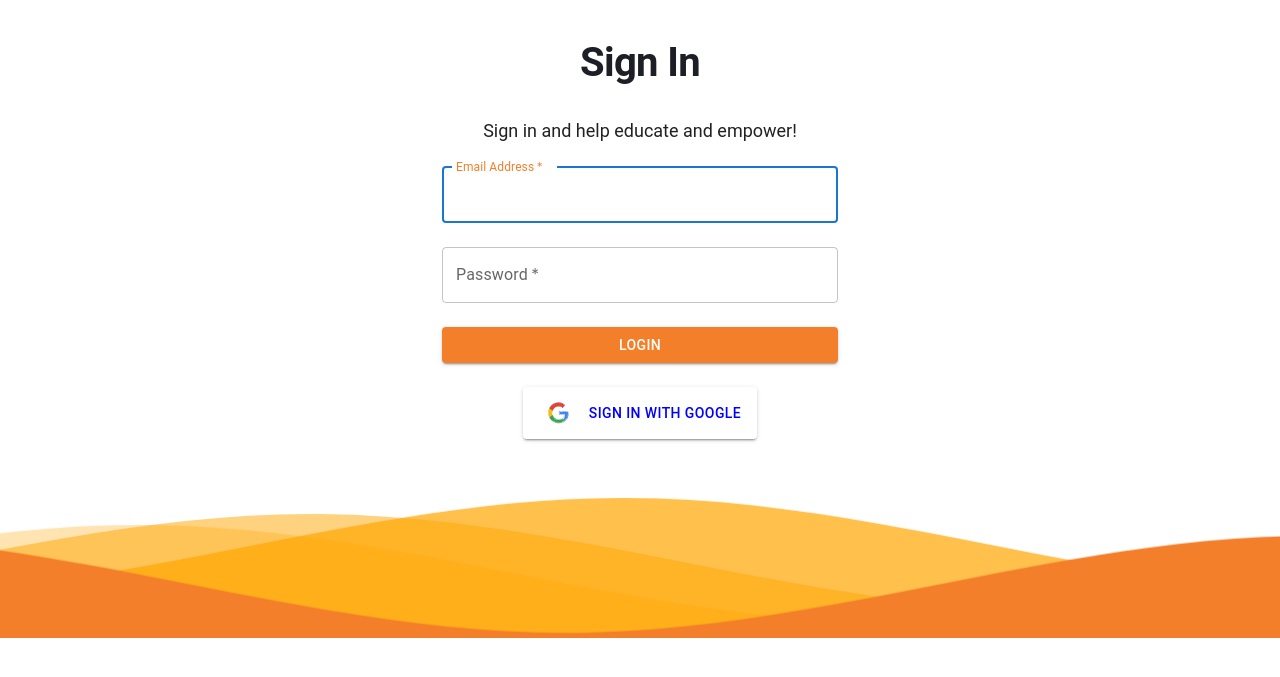
Repository: shubhampirate/Google_Solutions_Edural
Page: /
The author's editor kept a copy of each file at every save. The page is drawn from the files as they stood at one save, then again after the next save.
The browser window is 1280 px wide. The pictures show the whole page.
The project was rebuilt for these pictures with package versions that can differ from the ones it lists, and the page was loaded fresh each time. Some packages were replaced by stand-ins written for this rebuild. Also part of the build but not shown: src/Components/CustomButton.jsx, src/Components/Navbar.jsx, src/Components/Footer.jsx, src/Components/CongratsCard.jsx, src/pages/Hero/Hero.jsx.

Above is the page before, as saved 2024-02-03 00:04:32.

After the next save:
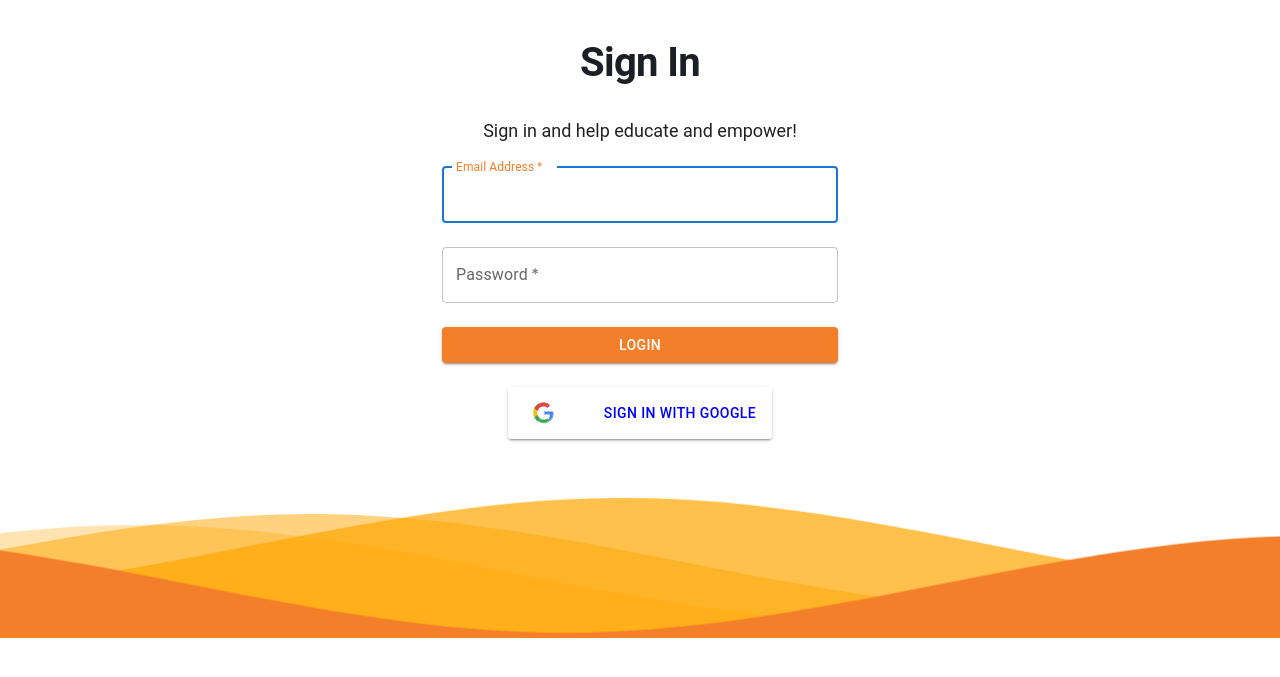
Saved 22 s later.
--- a/src/pages/Sign_in.jsx
+++ b/src/pages/Sign_in.jsx
@@ -199,7 +199,7 @@
       alt="Google Icon"
       style={{ width: '40px', height: '100%', marginRight: '10px' }}
     />
-   {/* <div style={{ height: '80%', borderRight: '10px solid black', margin: '0 10px' }}></div> */}
+   <div style={{ height: '80%', borderRight: '10px solid black', margin: '0 10px' }}></div>
     Sign In with Google
   </Button>
 </Box>

After the save that followed:
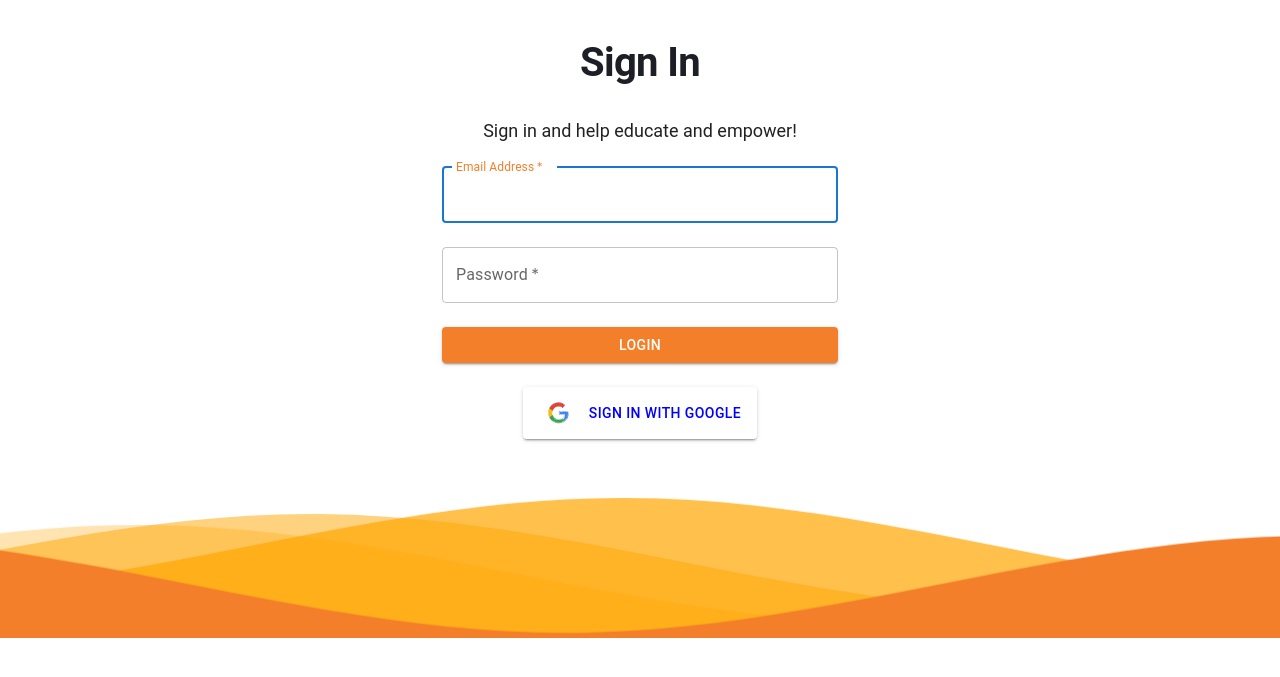
Saved 9 s later.
--- a/src/pages/Sign_in.jsx
+++ b/src/pages/Sign_in.jsx
@@ -199,7 +199,6 @@
       alt="Google Icon"
       style={{ width: '40px', height: '100%', marginRight: '10px' }}
     />
-   <div style={{ height: '80%', borderRight: '10px solid black', margin: '0 10px' }}></div>
     Sign In with Google
   </Button>
 </Box>
